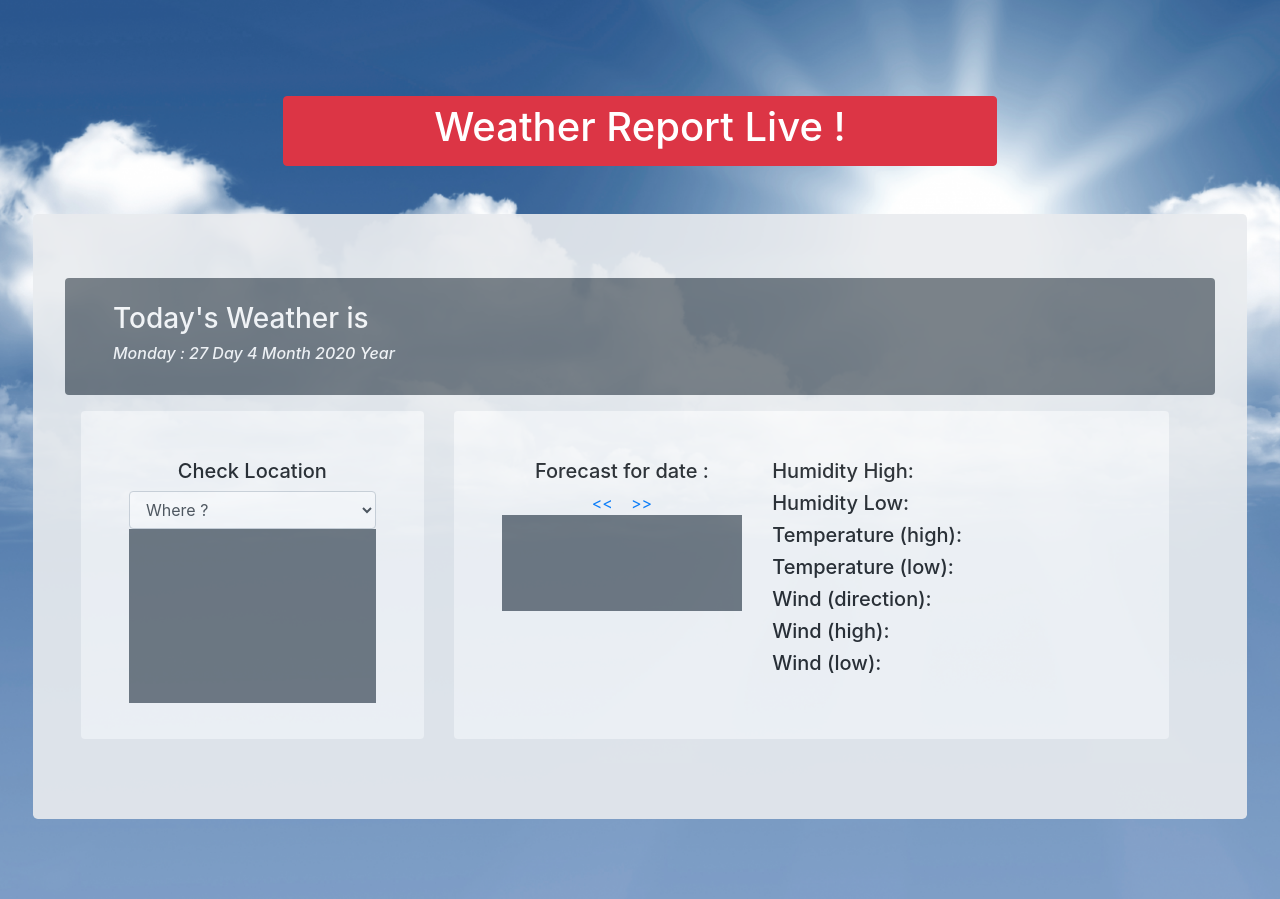
Repository: Code-Institute-Submissions/projectchen88-weatherForecast
Page: index.html
The author's editor kept a record of every edit. The page is drawn from the files as they stood at one moment, then again after the next edit.
The browser window is 1280 px wide. The pictures show the whole page.
The page's requests for data from a server got no answer.

Above is the page before.
Console error (its wording comes from the project's code and is left out).

### index.html
<!doctype html>
<html lang="en">

<head>
    <!-- Required meta tags -->
    <meta charset="utf-8">
    <meta name="viewport" content="width=device-width, initial-scale=1, shrink-to-fit=no">
    <!--AXIOS link-->
    <script src="https://unpkg.com/axios/dist/axios.min.js"></script>
    <!-- Bootstrap CSS -->
    <link rel="stylesheet" href="https://stackpath.bootstrapcdn.com/bootstrap/4.4.1/css/bootstrap.min.css" integrity="sha384-Vkoo8x4CGsO3+Hhxv8T/Q5PaXtkKtu6ug5TOeNV6gBiFeWPGFN9MuhOf23Q9Ifjh" crossorigin="anonymous">
    <!--Font Awesome-->
    <link rel="stylesheet" href="https://cdnjs.cloudflare.com/ajax/libs/font-awesome/4.7.0/css/font-awesome.min.css">
    <!--Custom CSS-->
    <link rel="stylesheet" href="styles/style.css" type="text/css" />
    <title>Hello, world!</title>
</head>

<body>
    <main id='main-page' class='container-fluid p-5'>
        <!--Header-->
        <div class="row">
            <div class="col-md-8 col-12 p-md-5 p-3 mx-auto">
                <span class='btn btn-danger w-100'><h1>Weather Report Live ! </h1></span>
            </div>
        </div>

        <!--Current Weather -->
        <div class="row jumbotron">
            <div class="col-12 px-5 py-4 bg-secondary text-light rounded">
                <h3>Today's Weather is <span id='status'></span></h3>
                <h6 id='dateToday' class='font-italic'></h6>
            </div>
            <div id='display-section' class="col-12 p-3">
                <div class="box row">
                    <!--Check and display weather of location selected-->
                    <div class="box col-md-4 col-12 mx-auto text-center">
                        <div class="box p-5 bg-light rounded">
                            <h5>Check Location</h5>
                            <div >
                                <select class='form-control' id="select">
                                    <option>Where ?</option>
                                </select>
                            </div>
                            <div class='display-box p-2 bg-secondary'>
                                <p><span id='weather' class='font-bolder text-light'></span></p>
                            </div>
                        </div>
                    </div>

                    <!--Display 4 days forecast-->
                    <div class="box col-md-8 col-12 mx-auto text-center">
                        <div class="box p-5 bg-light rounded">
                            <div class='display-box'>
                                <div class="row">
                                    <div class="col-5">
                                        <h5>Forecast for date :</h5>
                                        <div class='d-flex justify-content-center'>
                                            <div id='prev-day' class='text-primary'><< &nbsp</div>
                                            <h5 id='forecast-title'> </h5>
                                            <div id= 'next-day' class='text-primary'> &nbsp >> </div>
                                        </div>
                                        <div>
                                            <p class='p-5 bg-secondary' id='forecast'></p>
                                        </div>
                                    </div>
                                    <div class="col-7">
                                        <div class='d-flex'>
                                            <h5>Humidity High: </h5>
                                            <span id='humidity-high'></span>
                                        </div>
                                        <div class='d-flex'>
                                            <h5>Humidity Low: </h5>
                                            <span id='humidity-low'></span>
                                        </div>
                                        <div class='d-flex'>
                                            <h5>Temperature (high): </h5>
                                            <span id='temperature-high'></span>
                                        </div>
                                        <div class='d-flex'>
                                            <h5>Temperature (low): </h5>
                                            <span id='temperature-low'></span>
                                        </div>
                                        <div class='d-flex'>
                                            <h5>Wind (direction): </h5>
                                            <span id='wind-direction'></span>
                                        </div>
                                        <div class='d-flex'>
                                            <h5>Wind (high): </h5>
                                            <span id='wind-speed-high'></span>
                                        </div>
                                        <div class='d-flex'>
                                            <h5>Wind (low): </h5>
                                            <span id='wind-speed-low'></span>
                                        </div>
                                    </div>

                                </div>
                            </div>
                        </div>
                    </div>


                </div>
            </div>
        </div>


    </main>


    <!-- Optional JavaScript -->
    <!-- jQuery first, then Popper.js, then Bootstrap JS -->
    <script src="https://code.jquery.com/jquery-3.4.1.js" integrity="sha256-WpOohJOqMqqyKL9FccASB9O0KwACQJpFTUBLTYOVvVU=" crossorigin="anonymous"></script>
    <script src="https://cdn.jsdelivr.net/npm/popper.js@1.16.0/dist/umd/popper.min.js" integrity="sha384-Q6E9RHvbIyZFJoft+2mJbHaEWldlvI9IOYy5n3zV9zzTtmI3UksdQRVvoxMfooAo" crossorigin="anonymous"></script>
    <script src="https://stackpath.bootstrapcdn.com/bootstrap/4.4.1/js/bootstrap.min.js" integrity="sha384-wfSDF2E50Y2D1uUdj0O3uMBJnjuUD4Ih7YwaYd1iqfktj0Uod8GCExl3Og8ifwB6" crossorigin="anonymous"></script>
    <!--Custom JS script-->
    <script type="text/javascript" src="scripts/script.js"></script>
</body>

</html>

### scripts/script.js
/*  global $ axios */

var source1 = "https://api.data.gov.sg/v1/environment/2-hour-weather-forecast"
var source2 = "https://api.data.gov.sg/v1/environment/4-day-weather-forecast"
var forecastData =[]
var tempData =[]
var option =[]
var status


//AXIO TO GET DATA FROM JSON FILE (local)
function getForecast(callback) {
  axios.get(source1)
    .then(function(response) {
      let result = response.data;
      console.log(result)
      callback(result)
    })
}
function getTemp(callback) {
  axios.get(source2)
    .then(function(response) {
      let result = response.data.items[0].forecasts;
      console.log(result)
      callback(result)
    })
}
function displayDailyForecast( day ) {
  document.getElementById("forecast-title").innerHTML="Weather Forecast for date : " +tempData[day].date
  document.getElementById("forecast").innerHTML=tempData[day].forecast
  document.getElementById("humidity-high").innerHTML=tempData[day].relative_humidity.high
  document.getElementById("humidity-low").innerHTML=tempData[day].relative_humidity.low
  document.getElementById("temperature-high").innerHTML=tempData[day].temperature.high
  document.getElementById("temperature-low").innerHTML=tempData[day].temperature.low
  document.getElementById("wind-direction").innerHTML="The wind will be blowing in the "+tempData[day].wind.direction+" direction"
  document.getElementById("wind-speed-high").innerHTML=tempData[day].wind.speed.high
  document.getElementById("wind-speed-low").innerHTML=tempData[day].wind.speed.low

}
getTemp(function(data){
  tempData = data;
  tempData.count = 0 // tracker for the day result that is displayed
  displayDailyForecast (tempData.count)
  document.getElementById("forecast").innerHTML=tempData[0].forecast
})

getForecast( function(data) {
    forecastData = data
    status = forecastData.api_info.status
    document.getElementById("status").innerHTML = status;

    let forecastsArea = forecastData.items[0].forecasts

    var select = document.getElementById("select");
    for (let item in forecastsArea) {
      var el = document.createElement("option");
      el.textContent = forecastsArea[item].area;
      el.value = forecastsArea[item].area;
      select.appendChild(el);
    }
})

$ (function () {
  // $('#prev-day').hide();

  // Set the date of today to be displayed
  var d = new Date();
  var weekday = new Array(7);
  weekday[0] = "Sunday";
  weekday[1] = "Monday";
  weekday[2] = "Tuesday";
  weekday[3] = "Wednesday";
  weekday[4] = "Thursday";
  weekday[5] = "Friday";
  weekday[6] = "Saturday";
  var strDate = weekday[d.getDay()] + " : " + d.getDate() + " Day " + (d.getMonth()+1) + " Month " + d.getFullYear() + " Year " ;
  $('#dateToday').text(strDate)

  // Detect for change in option change in selection of area and display the weather
  $('#select').change(function(){
    // displayWeather()
    let forecastsArea = forecastData.items[0].forecasts
    for (let item in forecastsArea) {
      var select = $('#select').val()
      if (select == forecastsArea[item].area)
      $('#weather').text("The weather at "+ forecastsArea[item].area +" is expected to be "+forecastsArea[item].forecast)
    }
  })

  // Detect for change to view. forecast for next day
  $('#next-day').click( function () {
    if (tempData.count < 3) {
      tempData.count ++ ;
      displayDailyForecast(tempData.count)
      if (tempData.count >= 3) {
        // $('#next-day').hide()
      }
      $('#prev-day').text('<<')
    }
    else {
      $('#next-day').text('>>|')
    }
  })

  $('#prev-day').on('click', function () {
   if (tempData.count >= 0) {
      tempData.count -- ;
      displayDailyForecast(tempData.count)
      if (tempData.count <= 0 ) {
        $('#next-day').text(">>")
      }
      $('#prev-day').text('|<<')
    }
  })
})

Loaded but not shown: styles/style.css (common file)

After the next edit:
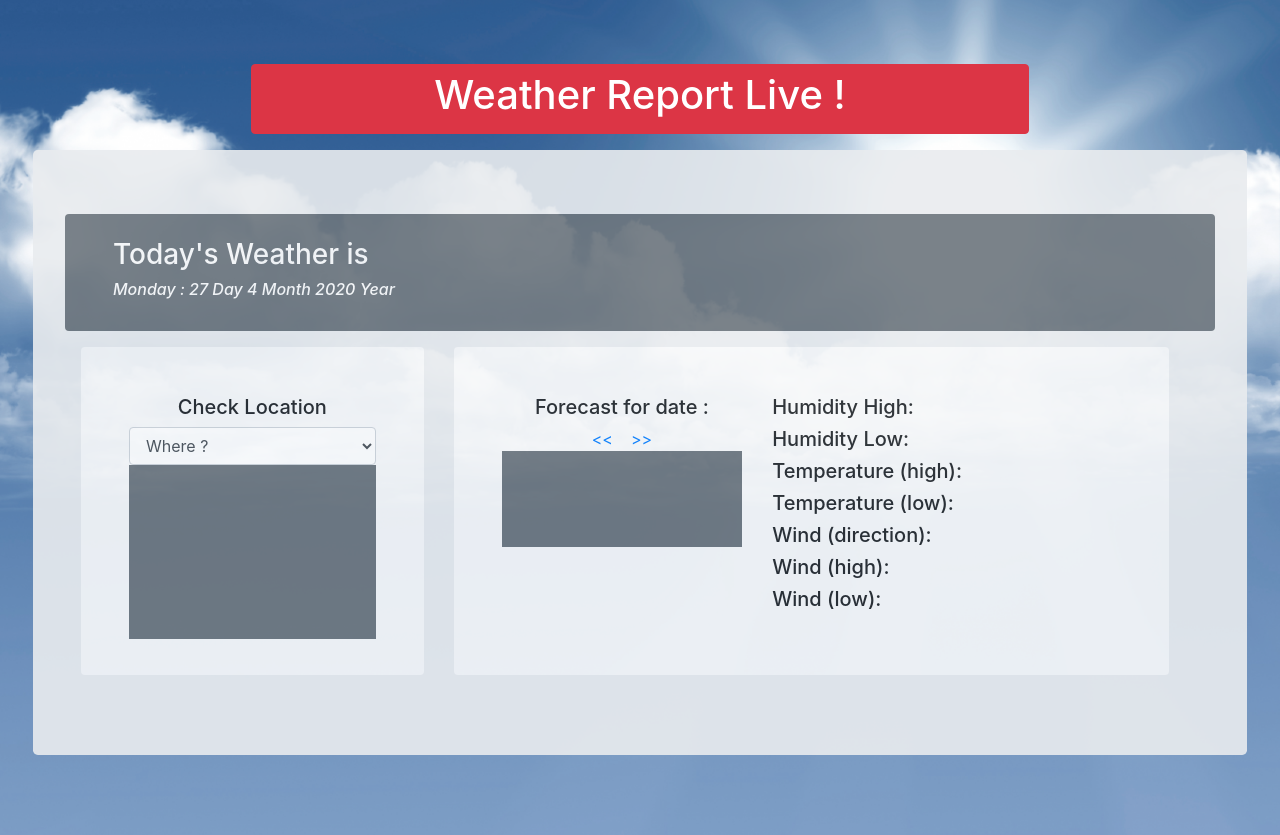
The edit:
--- a/index.html
+++ b/index.html
@@ -20,7 +20,7 @@
     <main id='main-page' class='container-fluid p-5'>
         <!--Header-->
         <div class="row">
-            <div class="col-md-8 col-12 p-md-5 p-3 mx-auto">
+            <div class="col-md-8 col-12 p-3 mx-auto">
                 <span class='btn btn-danger w-100'><h1>Weather Report Live ! </h1></span>
             </div>
         </div>
